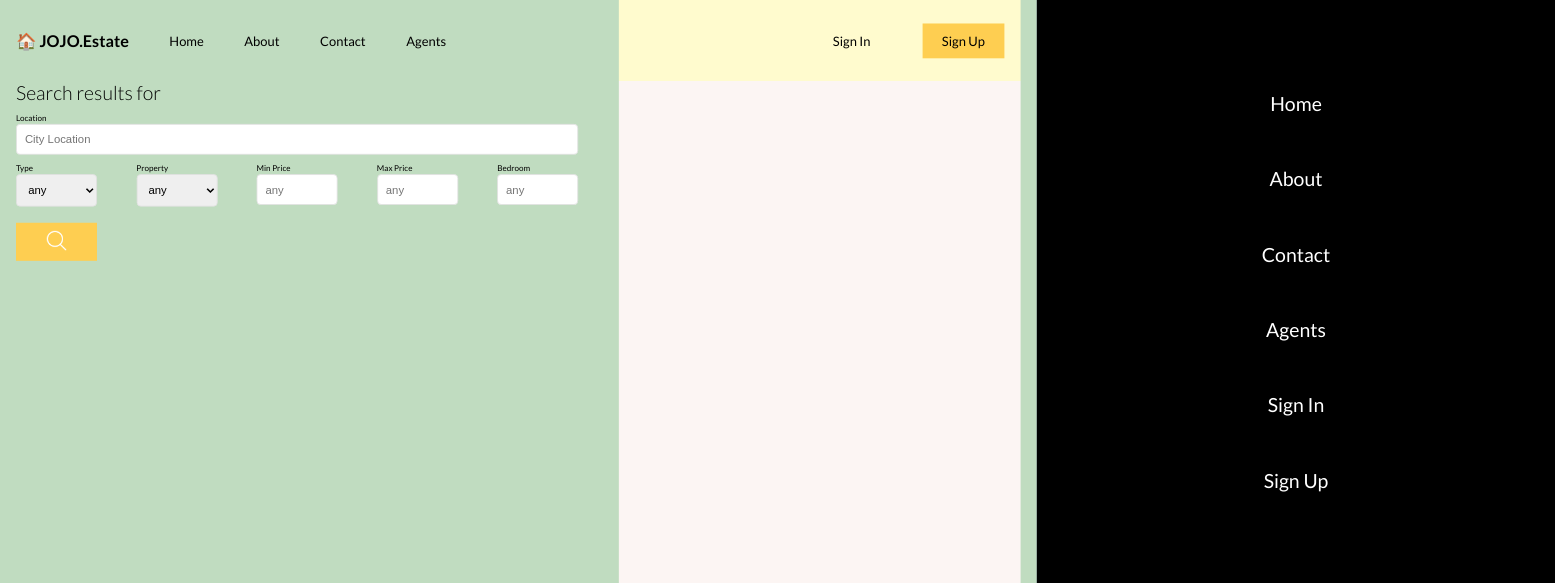
Repository: AiTrinh303/JOJO-estate
Page: /list
The author's editor kept a copy of each file at every save. The page is drawn from the files as they stood at one save, then again after the next save.
The browser window is 1280 px wide. The page is 1920 px wide, so the pictures cover 1920 px, including what lies to the right of the window. The pictures show the whole page, at 81% of full size.
Pictures or frames that could not be fetched are drawn as grey boxes. The page's requests for data from a server got no answer. An inner scrolling area shows only its first screen. The project was rebuilt for these pictures with package versions that can differ from the ones it lists, and the page was loaded fresh each time. No one was signed in, and anything a server would have sent is missing. Also part of the build but not shown: vite.config.js, src/components/searchBar/searchBar.scss, src/components/searchBar/SearchBar.jsx, src/routes/homePage/homePage.scss, src/routes/homePage/homePage.jsx, src/components/map/map.scss, src/components/pin/pin.scss, src/components/pin/Pin.jsx and 19 more. Imported but missing from the stored project, and not drawn on this page: src/components/uploadWidget/UploadWidget.

Above is the page before, as saved 2024-08-06 22:46:34.

After the next save:
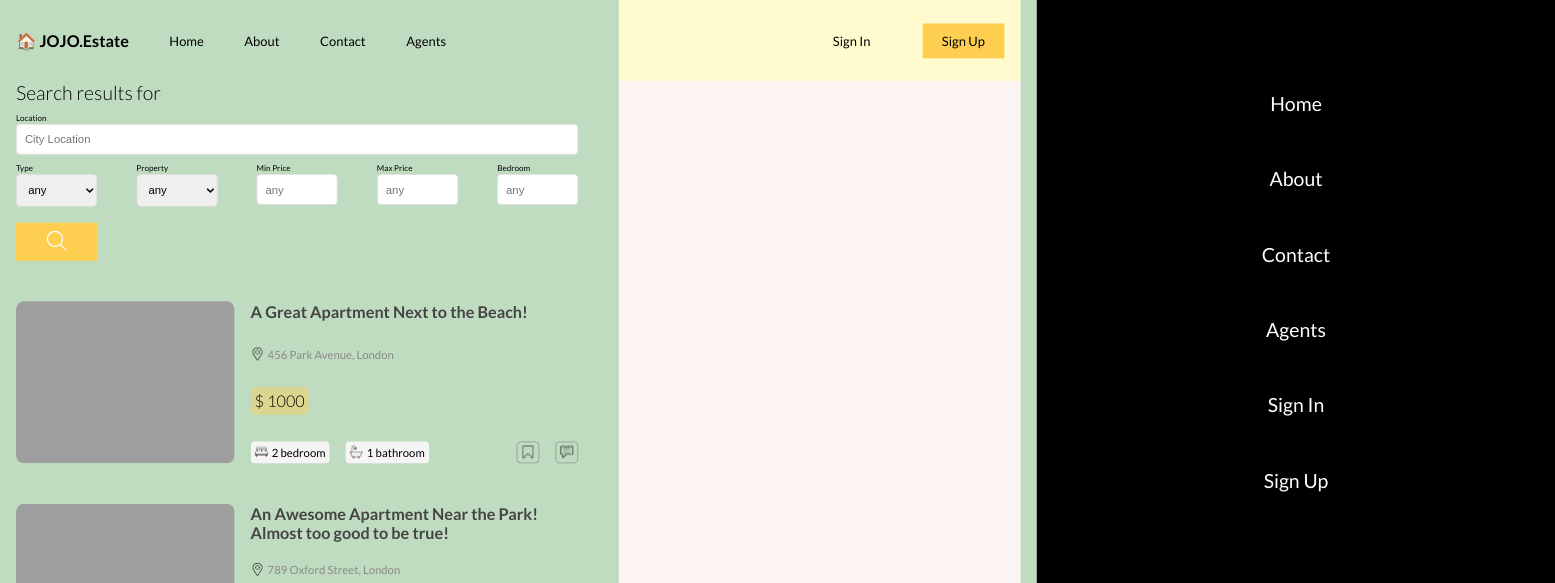
Saved 3 min 43 s later.
--- a/src/components/card/Card.jsx
+++ b/src/components/card/Card.jsx
@@ -4,7 +4,7 @@
 function Card({ item }) {
   return (
     <div className="card">
-      {/* <Link to={`/${item.id}`} className="imageContainer">
+      <Link to={`/${item.id}`} className="imageContainer">
         <img src={item.images[0]} alt="" />
       </Link>
       <div className="textContainer">
@@ -36,7 +36,7 @@
             </div>
           </div>
         </div>
-      </div> */}
+      </div>
     </div>
   );
 }

After the save that followed:
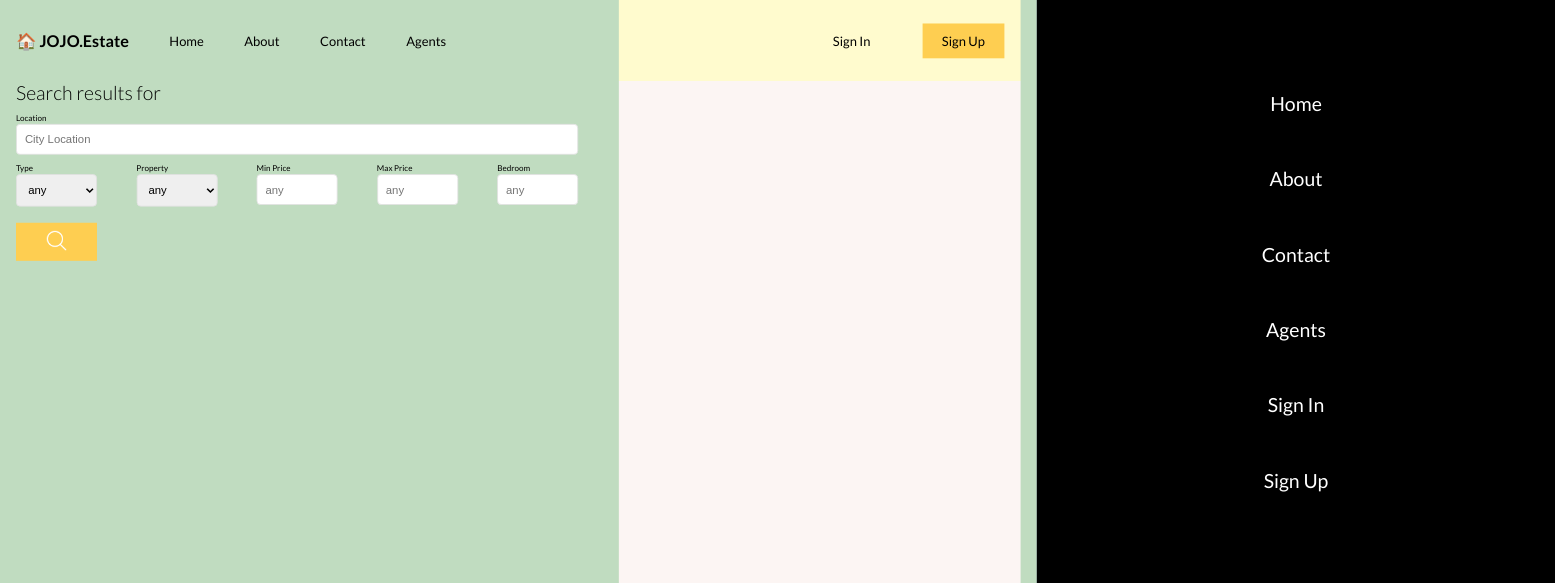
Saved 8 s later.
--- a/src/components/card/Card.jsx
+++ b/src/components/card/Card.jsx
@@ -4,7 +4,7 @@
 function Card({ item }) {
   return (
     <div className="card">
-      <Link to={`/${item.id}`} className="imageContainer">
+      {/* <Link to={`/${item.id}`} className="imageContainer">
         <img src={item.images[0]} alt="" />
       </Link>
       <div className="textContainer">
@@ -36,7 +36,7 @@
             </div>
           </div>
         </div>
-      </div>
+      </div> */}
     </div>
   );
 }
